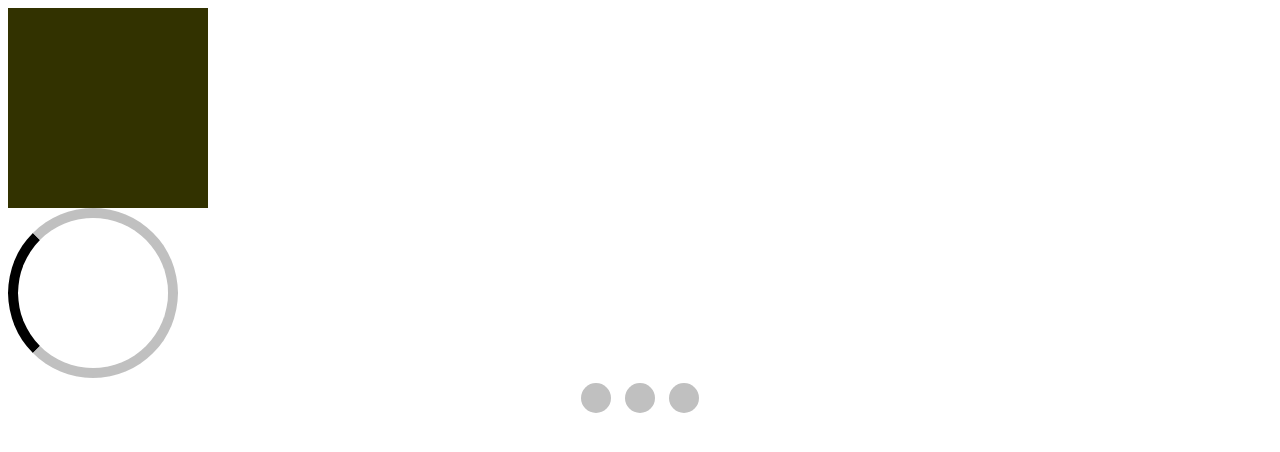
Repository: mariawasilewa-coca-cola/test1
Page: index.html
The author's editor kept a copy of each file at every save. The page is drawn from the files as they stood at one save, then again after the next save.
The browser window is 1280 px wide. The pictures show the whole page.

Above is the page before, as saved 2021-11-04 19:19:10.

### index.html
<!DOCTYPE html>
<html>
    <head>
        <link rel="stylesheet" href="style.css"/>
    </head>
    <body>

        <div class="animation">

        </div>

        <div class="loading"></div>

        <div class="loading-dots">
            <div></div>
            <div></div>
            <div></div>
        </div>
    </body>
</html>

### style.css
.animation {
    width: 200px;
    height: 200px;
    background-color: red;
    /* animation-name: change-bg-color;
    animation-duration: 4s;
    animation-fill-mode: forwards;
    animation-iteration-count: 3;
    animation-delay: 2s; */

    animation: change-bg-color 4s forwards 3 2s;
}

@keyframes change-bg-color {
    0% {
        background-color: red;
    }

    30% {
        background-color: green;
    }

    50% {
        background-color: yellow;
    }

    100% {
        background-color: black;
    }
}

.loading {
    width: 150px;
    height: 150px;
    border-radius: 50%;
    border-top: 10px solid silver;
    border-left: 10px solid silver;
    border-right: 10px solid silver;
    border-bottom: 10px solid black;

    animation: loading .8s infinite linear;
}

@keyframes loading {
    from {
        transform: rotate(0deg);
    }

    to {
        transform: rotate(360deg);
    }
}
.loading-dots {
    text-align: center;
}

.loading-dots div {
    width: 30px;
    height: 30px;
    border-radius: 50%;
    background-color: silver;
    display: inline-block;
    margin: 5px;
}

.loading-dots div:nth-of-type(1) {
    animation: loading-dots .2s linear;
}

.loading-dots div:nth-of-type(2) {
    animation: loading-dots .2s .5s linear;
}

.loading-dots div:nth-of-type(3) {
    animation: loading-dots .2s .7s linear;
}

@keyframes loading-dots {
    from {
        background-color: silver;
    }

    to {
        background-color: white;
    }
}

After the next save:
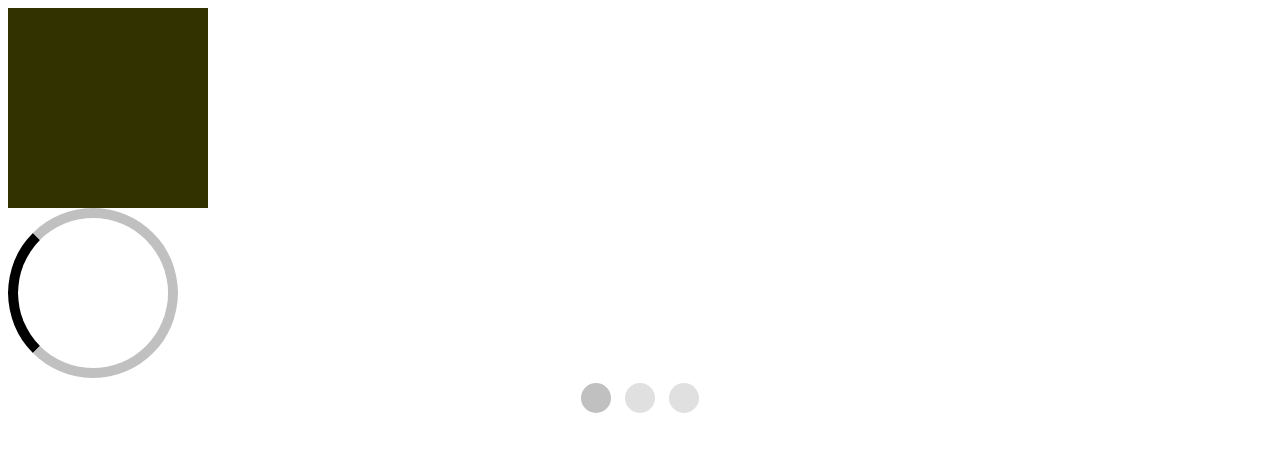
Saved 40 s later.
--- a/style.css
+++ b/style.css
@@ -68,11 +68,11 @@
 }
 
 .loading-dots div:nth-of-type(2) {
-    animation: loading-dots .2s .5s linear;
+    animation: loading-dots .2s .5s infinite linear;
 }
 
 .loading-dots div:nth-of-type(3) {
-    animation: loading-dots .2s .7s linear;
+    animation: loading-dots .2s .7s infinite linear;
 }
 
 @keyframes loading-dots {

After the save that followed:
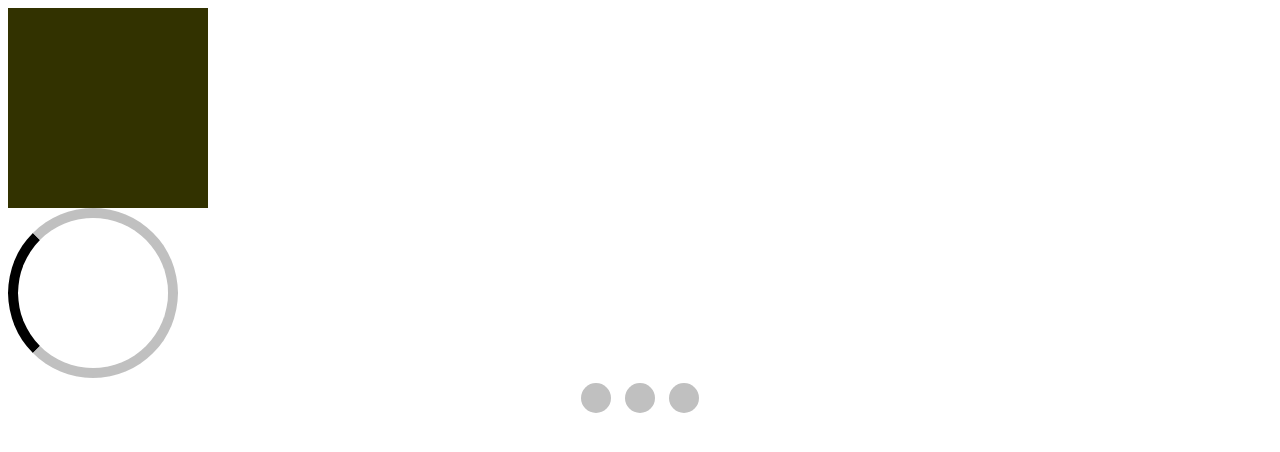
Saved 10 s later.
--- a/style.css
+++ b/style.css
@@ -68,11 +68,11 @@
 }
 
 .loading-dots div:nth-of-type(2) {
-    animation: loading-dots .2s .5s infinite linear;
+    animation: loading-dots .2s .5s linear;
 }
 
 .loading-dots div:nth-of-type(3) {
-    animation: loading-dots .2s .7s infinite linear;
+    animation: loading-dots .2s .7s linear;
 }
 
 @keyframes loading-dots {
